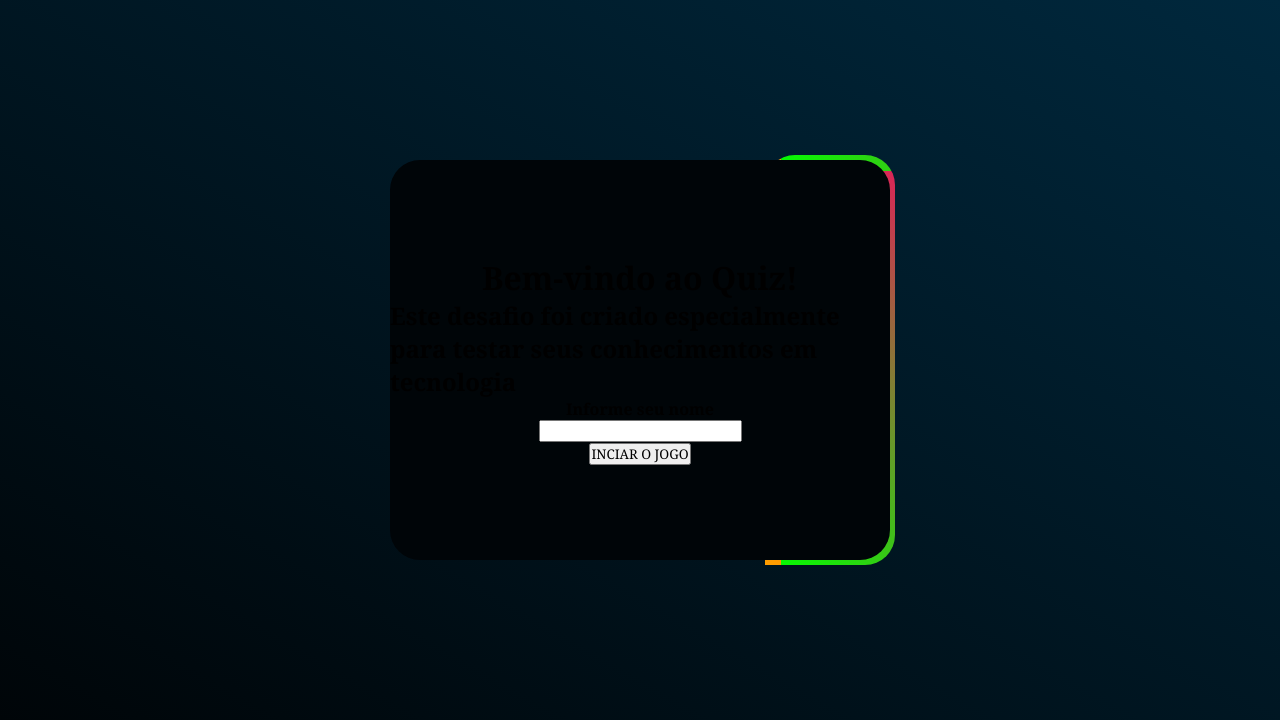
Repository: LaisSilvaO/Projeto-Quizz
Page: telas/apresentação.html
These files come from the project's save history. The page is drawn as it stood at one moment and after the next save; the edit follows.
The browser window is 1280 px wide. The pictures show the whole page.

Above is the page before, as saved 2024-12-25 20:18:11.

After the next save:
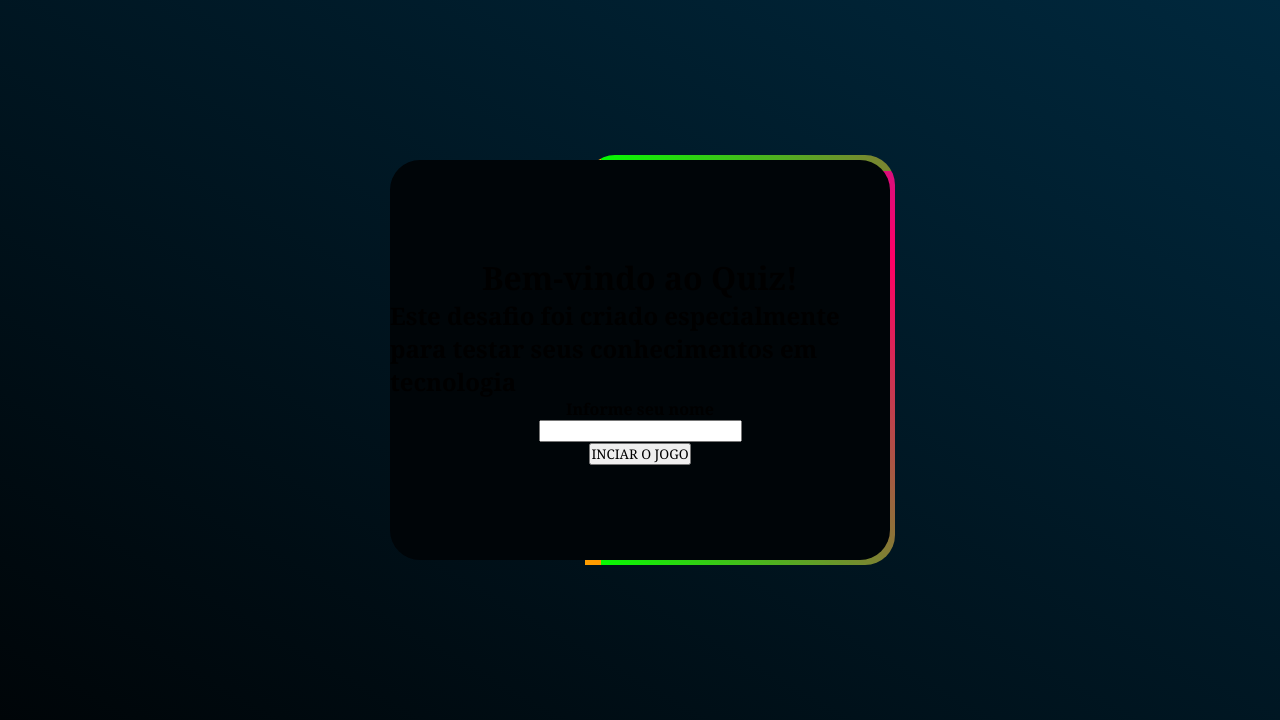
Saved 13 min 32 s later.
--- a/img/tela.css
+++ b/img/tela.css
@@ -74,7 +74,7 @@ main {
 }
 25% {
     top: 0;
-    left: 380px; /* Canto superior direito */
+    left: 200px; /* Canto superior direito */
 }
 50% {
     top: 380px;

After the save that followed:
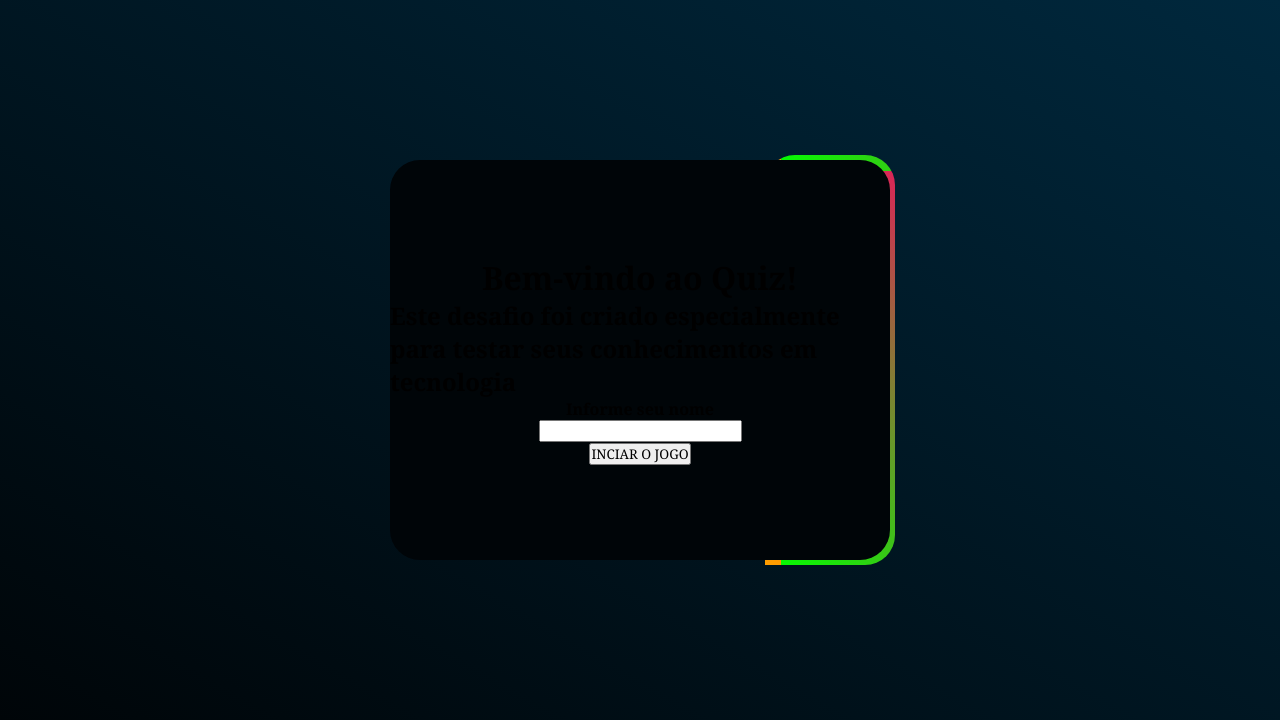
Saved 21 s later.
--- a/img/tela.css
+++ b/img/tela.css
@@ -74,7 +74,7 @@ main {
 }
 25% {
     top: 0;
-    left: 200px; /* Canto superior direito */
+    left: 380px; /* Canto superior direito */
 }
 50% {
     top: 380px;
